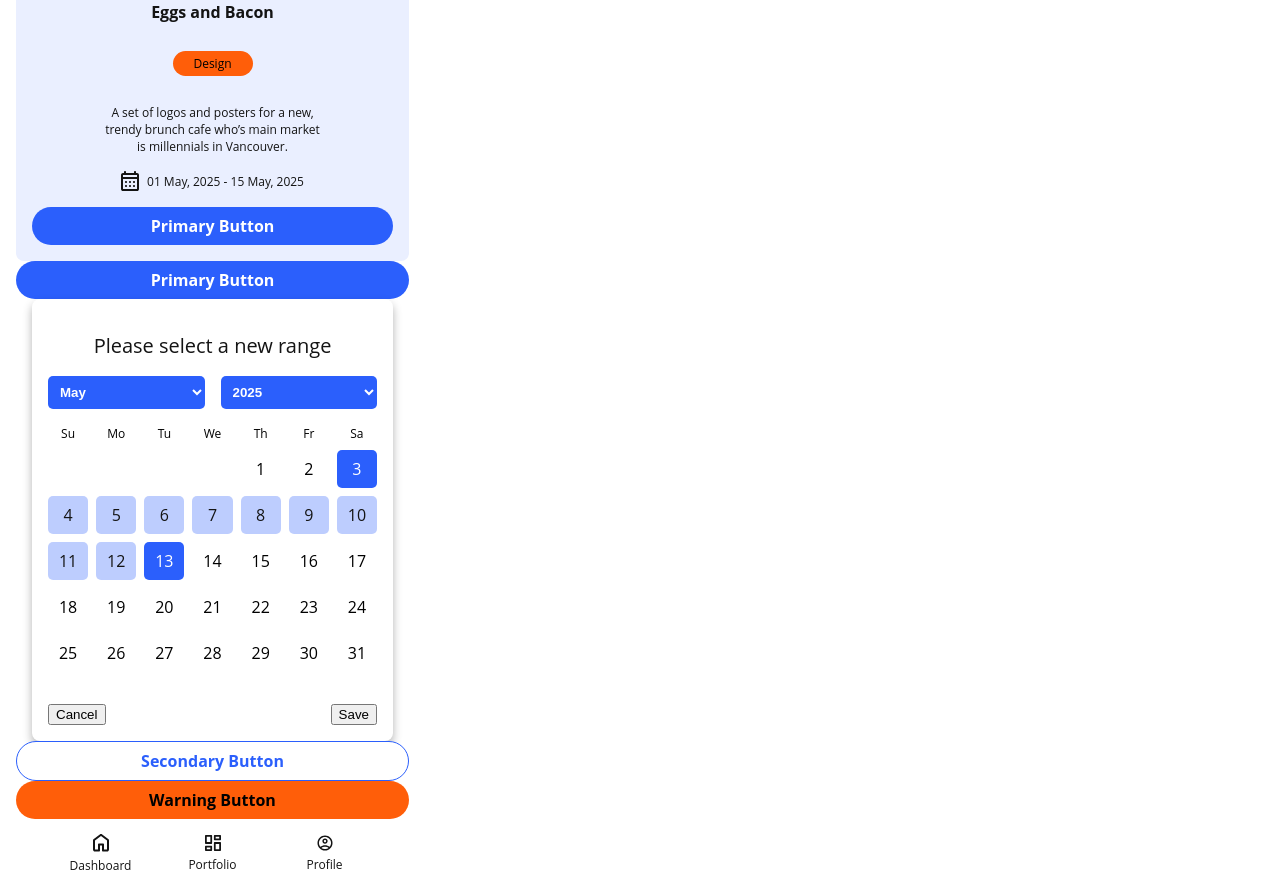
Repository: brunaguarizo/mosaic_app
Page: /
An editor plug-in stored every save of this project. The page is shown before and after a run of saves, followed by the edit.
The browser window is 1280 px wide. The pictures show the whole page.
The project was rebuilt for these pictures with package versions that can differ from the ones it lists, and the page was loaded fresh each time. The framework's server and built-in components were replaced by stand-ins that run in the browser. Also part of the build but not shown: next.config.mjs.

Above is the page before, as saved 2025-04-18 11:00:46.

### app/page.js
import Navbar from "./_ui/Navbar/Navbar";
import ProjectCard from "./_ui/Project_card/Project_card";
import Button from "./_ui/Button/Button";
import DatePicker from "./_ui/Date_PopUp/Date_PopUp";

export default function Home() {
    return (
        <div>
            <ProjectCard />

            <Button
                value='Primary Button'
                type='primary'
                //onClick={}
            />
            <DatePicker />

            <Button
                value='Secondary Button'
                type='secondary'
                //onClick={}
            />

            <Button
                value='Warning Button'
                type='warning'
                //onClick={}
            />
            <Navbar />
        </div>
    );
}

### app/globals.css
/* ------------------------------------------------------ GENERAL STYLES ------------------------------------------------------ */
*,
*::before,
*::after {
    box-sizing: inherit;
}

html,
body {
    padding: 0;
    margin: 0;
    font-family: var(--font-family);
    box-sizing: border-box;
}

html {
    display: flex;
    justify-content: center;
    align-items: center;
    width: 393px;
    height: 100%;
    margin: var(--space-regular);
}

.container {
}

.two-column {
    display: grid;
    grid-template-columns: 1fr 1fr;
    gap: var(--space-large);
}

/* ------------------------------------------------------ VARIABLES ------------------------------------------------------ */
:root {
    /* ----- COLORS ----- */
    --blue-primary: rgb(43, 95, 252);
    --blue-50: rgb(234, 239, 255);
    --blue-900: rgb(18, 40, 106);
    --white: #ffffff;
    --black: rgb(20, 20, 20);
    --grey-400: rgb(67, 67, 67);
    --yellow-secondary: rgb(255, 218, 1);
    --orange-secondary: rgb(255, 94, 9);
    --green-secondary: rgb(0, 193, 79);
    --purple-secondary: rgb(154, 65, 255);

    /* ----- TYPE ----- */
    --font-family: "Open Sans", sans-serif;

    --header-xxlarge-size: 88px;
    --title-section-font-size: 30px;
    --button-font-size: 24px;
    --body-text-font-size: 20px;
    --menu-font-size: 16px;
    --label-font-size: 12px;

    --font-style-normal: normal;
    --font-weight-bold: bold;

    --line-height-xxlarge: 100px;
    --line-height-large: 36px;
    --line-height-medium: 28px;
    --line-height-small: 20px;

    /* ----- SPACING ----- */
    --space-small: 8px;
    --space-regular: 16px;
    --space-medium: 32px;
    --space-large: 48px;
    --space-extra-large: 140px;
}

### app/_ui/Button/Button.js
// type: primary, secondary, warning
// disabled: boolean
// icon: icon
// size: small / default / large
// value: text
// onClick: function

import styles from "./Button.module.css";
import classNames from "classnames";

export default function Button({
    type,
    isDisabled = false,
    icon,
    size,
    value,
    onClick,
}) {
    const buttonClasses = classNames(styles.button, {
        [styles.small]: size === "small",
        [styles.large]: size === "large",
        [styles.primary]: type === "primary",
        [styles.secondary]: type === "secondary",
        [styles.disabled]: isDisabled,
        [styles.error]: type === "warning",
    });

    return (
        <input
            className={buttonClasses}
            type='button'
            value={value}
            onClick={onClick}
        />
    );
}

### app/_ui/Date_PopUp/Date_PopUp.js
"use client";

import { useState } from "react";
import styles from "./Date_PopUp.module.css";

const months = [
    "January",
    "February",
    "March",
    "April",
    "May",
    "June",
    "July",
    "August",
    "September",
    "October",
    "November",
    "December",
];

const years = [2025, 2026, 2027, 2028, 2029, 2020];

export default function DateRangePicker() {
    const [selectedMonth, setSelectedMonth] = useState(4); // May
    const [selectedYear, setSelectedYear] = useState(2025);
    const [selectedDates, setSelectedDates] = useState([3, 13]);

    const generateCalendar = () => {
        const firstDay = new Date(selectedYear, selectedMonth, 1).getDay();
        const daysInMonth = new Date(
            selectedYear,
            selectedMonth + 1,
            0
        ).getDate();

        const blanks = Array(firstDay).fill(0);
        const days = Array.from({ length: daysInMonth }, (_, i) => i + 1);

        return [...blanks, ...days];
    };

    const handleDateClick = (day) => {
        if (!day) return;
        const updated = [...selectedDates];
        if (updated.length === 2) updated.length = 0;
        updated.push(day);
        setSelectedDates(updated.sort((a, b) => a - b));
    };

    const isInRange = (day) => {
        if (typeof day !== "number" || selectedDates.length < 2) return false;
        return day > selectedDates[0] && day < selectedDates[1];
    };

    return (
        <div className={styles.popupContainer}>
            <div className={styles.popup}>
                <h2 className={styles.title}>Please select a new range</h2>
                <div className={styles.selects}>
                    <select
                        className={styles.select}
                        value={selectedMonth}
                        onChange={(e) =>
                            setSelectedMonth(Number(e.target.value))
                        }>
                        {months.map((month, idx) => (
                            <option
                                key={month}
                                value={idx}>
                                {month}
                            </option>
                        ))}
                    </select>
                    <select
                        className={styles.select}
                        value={selectedYear}
                        onChange={(e) =>
                            setSelectedYear(Number(e.target.value))
                        }>
                        {years.map((year) => (
                            <option
                                key={year}
                                value={year}>
                                {year}
                            </option>
                        ))}
                    </select>
                </div>
                <div className={styles.calendar}>
                    {["Su", "Mo", "Tu", "We", "Th", "Fr", "Sa"].map((day) => (
                        <div
                            key={day}
                            className={styles.dayLabel}>
                            {day}
                        </div>
                    ))}
                    {generateCalendar().map((day, idx) => (
                        <div
                            key={idx}
                            className={`
                ${styles.dayCell}
                ${day === 0 ? styles.empty : ""}
                ${selectedDates.includes(day) ? styles.selected : ""}
                ${isInRange(day) ? styles.inRange : ""}
              `}
                            onClick={() => handleDateClick(day)}>
                            {day === 0 ? "" : day}
                        </div>
                    ))}
                </div>
                <div className={styles.actions}>
                    <button className={styles.cancel}>Cancel</button>
                    <button className={styles.save}>Save</button>
                </div>
            </div>
        </div>
    );
}

### app/_ui/navbar/Navbar.module.css
.nav {
    width: 393px;
    height: 72px;
    justify-content: center;
    align-items: center;
    display: flex;
    flex-direction: row;
    padding: 0;
    margin: 0;
    gap: var(--space-large);
    border-top: 1px solid var(--grey-50);
}

.navbar__item {
    display: flex;
    flex-direction: column;
    justify-content: center;
    align-items: center;
    gap: 4px;
    text-decoration: none;
    width: 60px;
    height: 44px;
    padding-left: 32px;
    padding-right: 32px;
    margin: 0;
}

.navbar__icon {
    max-width: 16px;
    padding: 0;
    margin: 0;
    fill: var(--black);
}

.navbar__text {
    color: var(--black);
    font-size: var(--label-font-size);
    font-weight: var(--font-weight-400);
    line-height: var(--line-height-small);
    text-decoration: none;
    padding: 0;
    margin: 0;
}

.navbar__item:hover .navbar__text,
.navbar__item:hover .navbar__icon,
.navbar__item:active .navbar__text,
.navbar__item:active .navbar__icon {
    color: var(--blue-primary);
    fill: var(--blue-primary);
}

/* ------------------------------------------------------ VARIABLES ------------------------------------------------------ */
:root {
    /* ----- COLORS ----- */
    --blue-primary: rgb(43, 95, 252);
    --blue-50: rgb(234, 239, 255);
    --blue-100: #bdcdfe;
    --blue-900: rgb(18, 40, 106);
    --white: #ffffff;
    --black: rgb(20, 20, 20);
    --grey-400: rgb(67, 67, 67);
    --yellow-secondary: rgb(255, 218, 1);
    --orange-secondary: rgb(255, 94, 9);
    --green-secondary: rgb(0, 193, 79);
    --purple-secondary: rgb(154, 65, 255);

    /* ----- TYPE ----- */
    --font-family: "Open Sans", sans-serif;

    --font-size-extra-large: 30px;
    --font-size-large: 24px;
    --font-size-medium: 20px;
    --font-size-regular: 16px;
    --font-size-small: 12px;

    --font-style-normal: normal;
    --font-weight-bold: bold;

    --line-height-xxlarge: 100px;
    --line-height-large: 36px;
    --line-height-medium: 28px;
    --line-height-small: 20px;

    /* ----- SPACING ----- */
    --space-small: 8px;
    --space-regular: 16px;
    --space-medium: 32px;
    --space-large: 48px;
    --space-extra-large: 140px;
}

### app/_ui/Project_card/Project_card.module.css
.card__container {
    display: flex;
    flex-direction: column;
    justify-content: center;
    align-items: center;
    background-color: var(--blue-50);
    border-radius: var(--space-small);
    padding: var(--space-regular);
    gap: var(--space-regular);
}

.card__menu {
    width: 100%;
    display: flex;
    justify-content: flex-end;
    padding: 0;
    margin: 0;
}

.card__icon {
    fill: var(--blue-primary);
    padding: 0;
    margin: 0;

    &:hover {
        fill: var(--blue-900);
    }
}

.card__title {
    font-family: var(--font-family);
    font-size: var(--font-size-regular);
    font-weight: var(--font-weight-bold);
    color: var(--black);
    padding: 0;
    margin: 0;
}

.card__text {
    font-family: var(--font-family);
    font-size: var(--font-size-small);
    font-weight: var(--font-weight-regular);
    color: var(--black);
    text-align: center;
    padding: 0;
    margin: 0;
    max-width: 220px;
}

.date {
    display: flex;
    align-items: center;
    gap: var(--space-small);
    padding: 0;
    margin: 0;
}

.date__icon {
    fill: var(--black);
    padding: 0;
    margin: 0;
}

/* ------------------------------------------------------ VARIABLES ------------------------------------------------------ */
:root {
    /* ----- COLORS ----- */
    --blue-primary: rgb(43, 95, 252);
    --blue-50: rgb(234, 239, 255);
    --blue-100: #bdcdfe;
    --blue-900: rgb(18, 40, 106);
    --white: #ffffff;
    --black: rgb(20, 20, 20);
    --grey-400: rgb(67, 67, 67);
    --yellow-secondary: rgb(255, 218, 1);
    --orange-secondary: rgb(255, 94, 9);
    --green-secondary: rgb(0, 193, 79);
    --purple-secondary: rgb(154, 65, 255);

    /* ----- TYPE ----- */
    --font-family: "Open Sans", sans-serif;

    --font-size-extra-large: 30px;
    --font-size-large: 24px;
    --font-size-medium: 20px;
    --font-size-regular: 16px;
    --font-size-small: 12px;

    --font-style-normal: normal;
    --font-weight-bold: bold;

    --line-height-xxlarge: 100px;
    --line-height-large: 36px;
    --line-height-medium: 28px;
    --line-height-small: 20px;

    /* ----- SPACING ----- */
    --space-small: 8px;
    --space-regular: 16px;
    --space-medium: 32px;
    --space-large: 48px;
    --space-extra-large: 140px;
}

### app/_ui/Tag/Tag.js
import styles from "./Tag.module.css";

function Tag() {
    return <p className={styles.tag}>Design</p>;
}

export default Tag;

### app/_ui/Button/Button.module.css
.button {
    font-family: var(--font-family);
    font-size: var(--font-size-regular);
    font-weight: var(--font-weight-bold);
    width: 100%;
    padding-top: var(--space-small);
    padding-left: var(--space-regular);
    padding-right: var(--space-regular);
    padding-bottom: var(--space-small);
    border-radius: 100px;
    align-items: center;
    border: none;

    &:hover {
        background-color: var(--blue-900);
        color: var(--white);
    }
}

.primary {
    background: var(--blue-primary);
    color: var(--white);
}

.secondary {
    background-color: var(--white);
    border: 1px solid var(--blue-primary);
    color: var(--blue-primary);
}

.disabled {
    pointer-events: none;
    color: var(--white);
    background-color: var(--blue-100);
}

.small {
    font-size: var(--font-size-small);
    padding: var(--space-small);
    align-items: center;
}

.large {
    font-size: var(--font-size-large);
    padding: var(--space-regular);
}

.error {
    background-color: var(--orange-secondary);
}

/* ------------------------------------------------------ VARIABLES ------------------------------------------------------ */
:root {
    /* ----- COLORS ----- */
    --blue-primary: rgb(43, 95, 252);
    --blue-50: rgb(234, 239, 255);
    --blue-100: #bdcdfe;
    --blue-900: rgb(18, 40, 106);
    --white: #ffffff;
    --black: rgb(20, 20, 20);
    --grey-400: rgb(67, 67, 67);
    --yellow-secondary: rgb(255, 218, 1);
    --orange-secondary: rgb(255, 94, 9);
    --green-secondary: rgb(0, 193, 79);
    --purple-secondary: rgb(154, 65, 255);

    /* ----- TYPE ----- */
    --font-family: "Open Sans", sans-serif;

    --font-size-extra-large: 30px;
    --font-size-large: 24px;
    --font-size-medium: 20px;
    --font-size-regular: 16px;
    --font-size-small: 12px;

    --font-style-normal: normal;
    --font-weight-bold: bold;

    --line-height-xxlarge: 100px;
    --line-height-large: 36px;
    --line-height-medium: 28px;
    --line-height-small: 20px;

    /* ----- SPACING ----- */
    --space-small: 8px;
    --space-regular: 16px;
    --space-medium: 32px;
    --space-large: 48px;
    --space-extra-large: 140px;
}

### app/_ui/Date_PopUp/Date_PopUp.module.css
.popupContainer {
    display: flex;
    justify-content: center;
    align-items: center;
}

.popup {
    background-color: var(--white);
    padding: var(--space-regular);
    border-radius: var(--space-small);
    box-shadow: 0 5px 10px rgba(0, 0, 0, 0.3);
    font-family: var(--font-family);
    width: 361px;
    gap: var(--space-regular);
}

.title {
    font-size: var(--font-size-medium);
    font-weight: var(--font-weight-regular);
    color: var(--black);
    text-align: center;
}

.selects {
    display: flex;
    gap: var(--space-regular);
    margin-bottom: var(--space-regular);
}

.select {
    flex: 1;
    padding: var(--space-small);
    background-color: var(--blue-primary);
    color: var(--white);
    font-weight: var(--font-weight-bold);
    border: none;
    border-radius: 5px;
    cursor: pointer;
}

.calendar {
    display: grid;
    grid-template-columns: repeat(7, 1fr);
    gap: var(--space-small);
    text-align: center;
    margin-bottom: var(--space-medium);
}

.dayLabel {
    font-weight: var(--font-weight-regular);
    font-size: var(--font-size-small);
    color: black;
}

.dayCell {
    padding: var(--space-small);
    border-radius: 5px;
    font-size: var(--font-size-regular);
    background-color: var(--grey-50);
    cursor: pointer;
    user-select: none;
}

.dayCell:hover {
    background-color: var(--blue-100);
}

.selected {
    background-color: var(--blue-primary);
    color: var(--white);
}

.inRange {
    background-color: var(--blue-100);
    color: var(--black);
}

.empty {
    background: none;
    pointer-events: none;
}

.actions {
    display: flex;
    justify-content: space-between;
}

### app/_ui/Tag/Tag.module.css
.tag {
    font-family: var(--font-family);
    font-size: var(--font-size-small);
    font-weight: var(--font-weight-regular);
    width: 80px;
    padding: var(--space-extra-small);
    border-radius: 100px;
    border: none;
    background-color: var(--orange-secondary);

    display: flex;
    justify-content: center;
    align-items: center;
    text-align: center;
}

/* ------------------------------------------------------ VARIABLES ------------------------------------------------------ */
:root {
    /* ----- COLORS ----- */
    --blue-primary: rgb(43, 95, 252);
    --blue-50: rgb(234, 239, 255);
    --blue-100: #bdcdfe;
    --blue-900: rgb(18, 40, 106);
    --white: #ffffff;
    --black: rgb(20, 20, 20);
    --grey-400: rgb(67, 67, 67);
    --yellow-secondary: rgb(255, 218, 1);
    --orange-secondary: rgb(255, 94, 9);
    --green-secondary: rgb(0, 193, 79);
    --purple-secondary: rgb(154, 65, 255);

    /* ----- TYPE ----- */
    --font-family: "Open Sans", sans-serif;

    --font-size-extra-large: 30px;
    --font-size-large: 24px;
    --font-size-medium: 20px;
    --font-size-regular: 16px;
    --font-size-small: 12px;

    --font-style-normal: normal;
    --font-weight-bold: bold;

    --line-height-xxlarge: 100px;
    --line-height-large: 36px;
    --line-height-medium: 28px;
    --line-height-small: 20px;

    /* ----- SPACING ----- */
    --space-extra-small: 4px;
    --space-small: 8px;
    --space-regular: 16px;
    --space-medium: 32px;
    --space-large: 48px;
    --space-extra-large: 140px;
}

Loaded but not shown: app/layout.js (common file); app/_ui/Project_card/Project_card.js (67 lines, source omitted); app/_ui/navbar/Navbar.js (56 lines, source omitted)

After the next 2 saves:
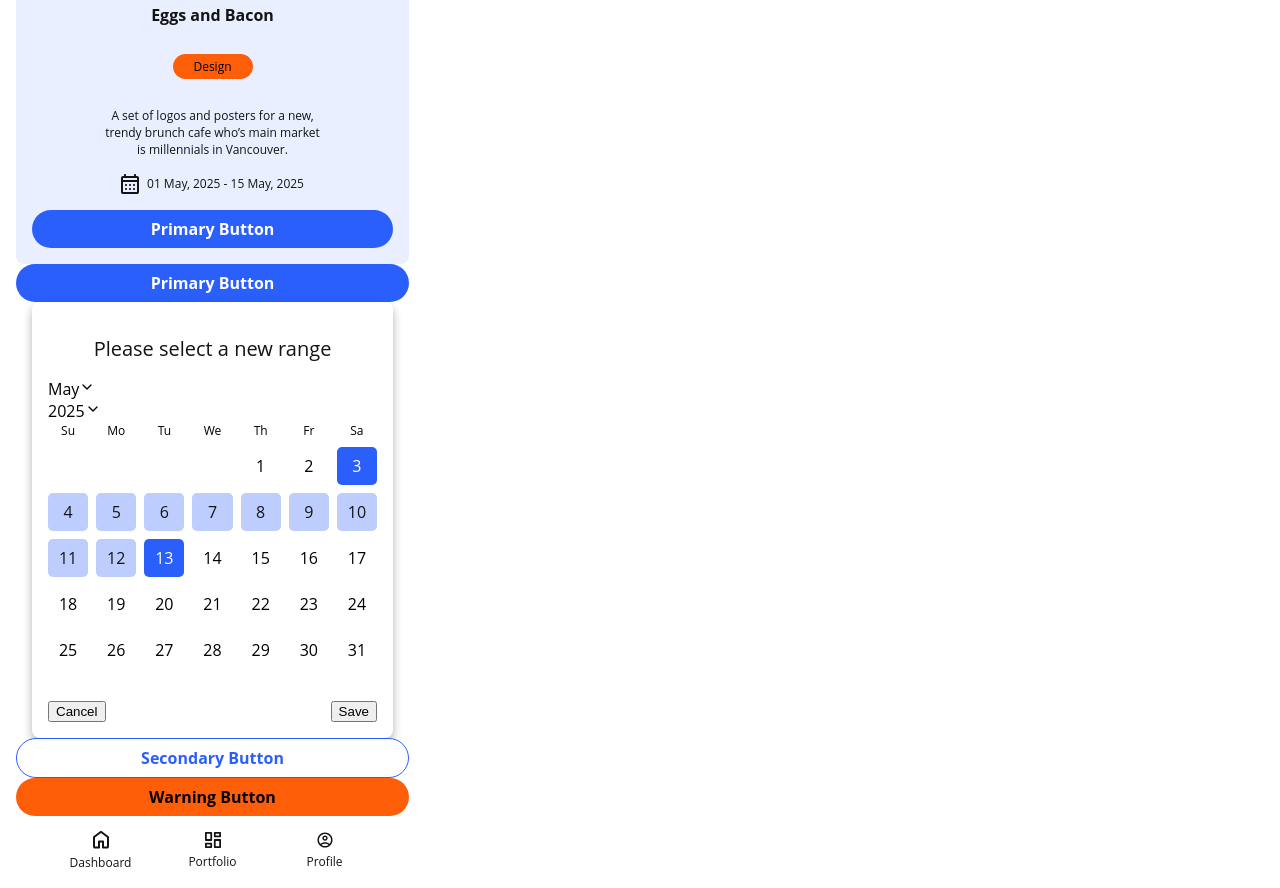
The 2 saves are shown as one change because 1 did not build or start.
The last was saved 2 min 19 s later.
--- a/app/_ui/Date_PopUp/Date_PopUp.js
+++ b/app/_ui/Date_PopUp/Date_PopUp.js
@@ -2,6 +2,7 @@
 
 import { useState } from "react";
 import styles from "./Date_PopUp.module.css";
+import { ChevronDown } from "lucide-react";
 
 const months = [
     "January",
@@ -24,6 +25,8 @@ export default function DateRangePicker() {
     const [selectedMonth, setSelectedMonth] = useState(4); // May
     const [selectedYear, setSelectedYear] = useState(2025);
     const [selectedDates, setSelectedDates] = useState([3, 13]);
+    const [showMonthList, setShowMonthList] = useState(false);
+    const [showYearList, setShowYearList] = useState(false);
 
     const generateCalendar = () => {
         const firstDay = new Date(selectedYear, selectedMonth, 1).getDay();
@@ -56,36 +59,51 @@ export default function DateRangePicker() {
         <div className={styles.popupContainer}>
             <div className={styles.popup}>
                 <h2 className={styles.title}>Please select a new range</h2>
-                <div className={styles.selects}>
-                    <select
-                        className={styles.select}
-                        value={selectedMonth}
-                        onChange={(e) =>
-                            setSelectedMonth(Number(e.target.value))
-                        }>
-                        {months.map((month, idx) => (
-                            <option
-                                key={month}
-                                value={idx}>
-                                {month}
-                            </option>
-                        ))}
-                    </select>
-                    <select
-                        className={styles.select}
-                        value={selectedYear}
-                        onChange={(e) =>
-                            setSelectedYear(Number(e.target.value))
-                        }>
-                        {years.map((year) => (
-                            <option
-                                key={year}
-                                value={year}>
-                                {year}
-                            </option>
-                        ))}
-                    </select>
+
+                <div className={styles.dropdownWrapper}>
+                    <div
+                        className={styles.dropdown}
+                        onClick={() => setShowMonthList(!showMonthList)}>
+                        <span>{months[selectedMonth]}</span>
+                        <ChevronDown size={16} />
+                        {showMonthList && (
+                            <ul className={styles.dropdownList}>
+                                {months.map((month, idx) => (
+                                    <li
+                                        key={month}
+                                        onClick={() => {
+                                            setSelectedMonth(idx);
+                                            setShowMonthList(false);
+                                        }}>
+                                        {month}
+                                    </li>
+                                ))}
+                            </ul>
+                        )}
+                    </div>
+
+                    <div
+                        className={styles.dropdown}
+                        onClick={() => setShowYearList(!showYearList)}>
+                        <span>{selectedYear}</span>
+                        <ChevronDown size={16} />
+                        {showYearList && (
+                            <ul className={styles.dropdownList}>
+                                {years.map((year) => (
+                                    <li
+                                        key={year}
+                                        onClick={() => {
+                                            setSelectedYear(year);
+                                            setShowYearList(false);
+                                        }}>
+                                        {year}
+                                    </li>
+                                ))}
+                            </ul>
+                        )}
+                    </div>
                 </div>
+
                 <div className={styles.calendar}>
                     {["Su", "Mo", "Tu", "We", "Th", "Fr", "Sa"].map((day) => (
                         <div
@@ -108,6 +126,7 @@ export default function DateRangePicker() {
                         </div>
                     ))}
                 </div>
+
                 <div className={styles.actions}>
                     <button className={styles.cancel}>Cancel</button>
                     <button className={styles.save}>Save</button>
